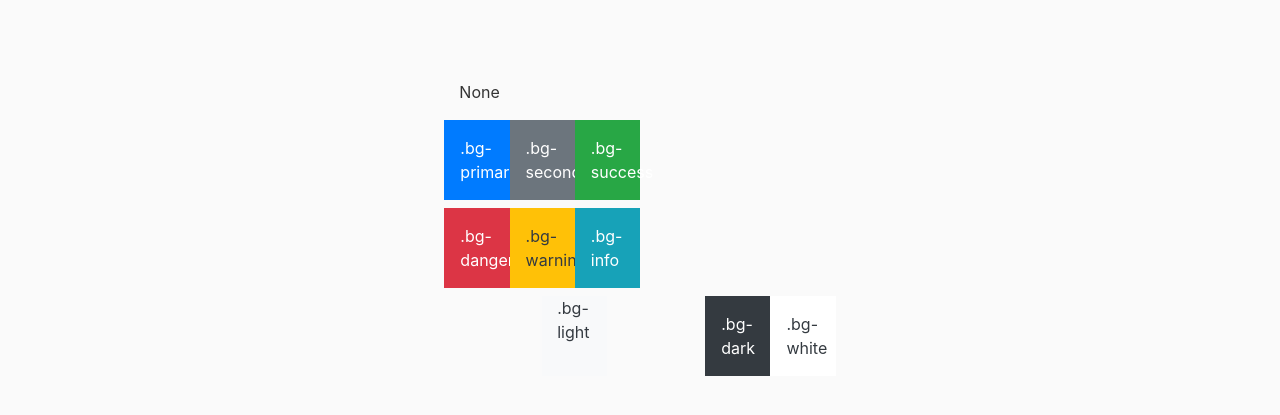
Repository: khanhdk0000/first_proj
Page: http://localhost/about
The author's editor kept a copy of each file at every save. The page is drawn from the files as they stood at one save, then again after the next save.
The browser window is 1280 px wide. The pictures show the whole page.
Some web libraries are served in a nearby version. The page is served by the project's application, run on Flask 3 (flaskblog.py).

Above is the page before, as saved 2021-05-25 11:46:18.

### templates/about.html
{% extends "layout.html" %} {% block content %}
<div class="flex-center">
<div>
<p>{{ var}}</p>
<div class="row">
    <div class="col-2 p-3 mb-2 bg-primary text-white">.bg-primary</div>
    <div class="col-2 p-3 mb-2 bg-secondary text-white">.bg-secondary</div>
    <div class="col-2 p-3 mb-2 bg-success text-white">.bg-success</div>
</div>

<div class="row">
    <div class="col-2 p-3 mb-2 bg-danger text-white">.bg-danger</div>
    <div class="col-2 p-3 mb-2 bg-warning text-dark">.bg-warning</div>
    <div class="col-2 p-3 mb-2 bg-info text-white">.bg-info</div>
</div>

<div class="row">
    <div class="col-2 mx-auto mb-2 bg-light text-dark">.bg-light</div>
    <div class="col-2 p-3 mb-2 bg-dark text-white">.bg-dark</div>
    <div class="col-2 p-3 mb-2 bg-white text-dark">.bg-white</div>
</div>
</div>
</div>

{% endblock content %}

### templates/layout.html
<!DOCTYPE html>
<html>
  <head>
    <!-- Required meta tags -->
    <meta charset="utf-8" />
    <meta
      name="viewport"
      content="width=device-width, initial-scale=1, shrink-to-fit=no"
    />

    <!-- Bootstrap CSS -->
    <link
      rel="stylesheet"
      href="https://maxcdn.bootstrapcdn.com/bootstrap/4.0.0/css/bootstrap.min.css"
      integrity="sha384-Gn5384xqQ1aoWXA+058RXPxPg6fy4IWvTNh0E263XmFcJlSAwiGgFAW/dAiS6JXm"
      crossorigin="anonymous"
    />

    <link
      rel="stylesheet"
      type="text/css"
      href="{{ url_for('static', filename='main.css') }}"
    />

    {% if title %}
    <title>Flask Blog - {{ title }}</title>
    {% else %}
    <title>Flask Blog</title>
    {% endif %}
  </head>
  <body>
    {% block content %}{% endblock %}

    <!-- Optional JavaScript -->
    <!-- jQuery first, then Popper.js, then Bootstrap JS -->
    <script
      src="https://code.jquery.com/jquery-3.2.1.slim.min.js"
      integrity="sha384-KJ3o2DKtIkvYIK3UENzmM7KCkRr/rE9/Qpg6aAZGJwFDMVNA/GpGFF93hXpG5KkN"
      crossorigin="anonymous"
    ></script>
    <script
      src="https://cdnjs.cloudflare.com/ajax/libs/popper.js/1.12.9/umd/popper.min.js"
      integrity="sha384-ApNbgh9B+Y1QKtv3Rn7W3mgPxhU9K/ScQsAP7hUibX39j7fakFPskvXusvfa0b4Q"
      crossorigin="anonymous"
    ></script>
    <script
      src="https://maxcdn.bootstrapcdn.com/bootstrap/4.0.0/js/bootstrap.min.js"
      integrity="sha384-JZR6Spejh4U02d8jOt6vLEHfe/JQGiRRSQQxSfFWpi1MquVdAyjUar5+76PVCmYl"
      crossorigin="anonymous"
    ></script>
    <!-- MDB -->
    <script
      type="text/javascript"
      src="https://cdnjs.cloudflare.com/ajax/libs/mdb-ui-kit/3.5.0/mdb.min.js"
    ></script>
  </body>
</html>

### flaskblog.py
from flask import Flask, render_template, url_for, request
app = Flask(__name__)


posts = [
    {
        'author': 'Corey Schafer',
        'title': 'Blog Post 1',
        'content': 'First post content',
        'date_posted': 'April 20, 2018'
    },
    {
        'author': 'Jane Doe',
        'title': 'Blog Post 2',
        'content': 'Second post content',
        'date_posted': 'April 21, 2018'
    }
]

@app.route('/')
@app.route('/home')
def hello_world():
    return render_template('home.html', posts=posts, title='Hey')

@app.route('/about')
def about():
    my_var = request.args.get('my_var', None)
    return render_template('about.html', posts=posts, var=my_var)

if __name__ == '__main__':
    app.run(debug=True)

### static/main.css
body {
    background: #fafafa;
    color: #333333;
    margin-top: 5rem;
    height: 100%;
  }

  h1, h2, h3, h4, h5, h6 {
    color: #444444;
  }

  .bg-steel {
    background-color: #5f788a;
  }

  .site-header .navbar-nav .nav-link {
    color: #cbd5db;
  }

  .site-header .navbar-nav .nav-link:hover {
    color: #ffffff;
  }

  .site-header .navbar-nav .nav-link.active {
    font-weight: 500;
  }

  .content-section {
    background: #ffffff;
    padding: 10px 20px;
    border: 1px solid #dddddd;
    border-radius: 3px;
    margin-bottom: 20px;
  }

  .article-title {
    color: #444444;
  }

  a.article-title:hover {
    color: #428bca;
    text-decoration: none;
  }

  .article-content {
    white-space: pre-line;
  }

  .article-img {
    height: 65px;
    width: 65px;
    margin-right: 16px;
  }

  .article-metadata {
    padding-bottom: 1px;
    margin-bottom: 4px;
    border-bottom: 1px solid #e3e3e3
  }

  .article-metadata a:hover {
    color: #333;
    text-decoration: none;
  }

  .article-svg {
    width: 25px;
    height: 25px;
    vertical-align: middle;
  }

  .account-img {
    height: 125px;
    width: 125px;
    margin-right: 20px;
    margin-bottom: 16px;
  }

  .account-heading {
    font-size: 2.5rem;
  }

  .vertical-center {
    min-height: 100%;  /* Fallback for browsers do NOT support vh unit */
    min-height: 100vh; /* These two lines are counted as one :-)       */

    justify-content:center;
    display: flex;
    align-items: center;
  }

  .flex-center {
    display: flex;
    justify-content: center;
    min-height: 100%;
    min-width: 100%;
  }

After the next save:
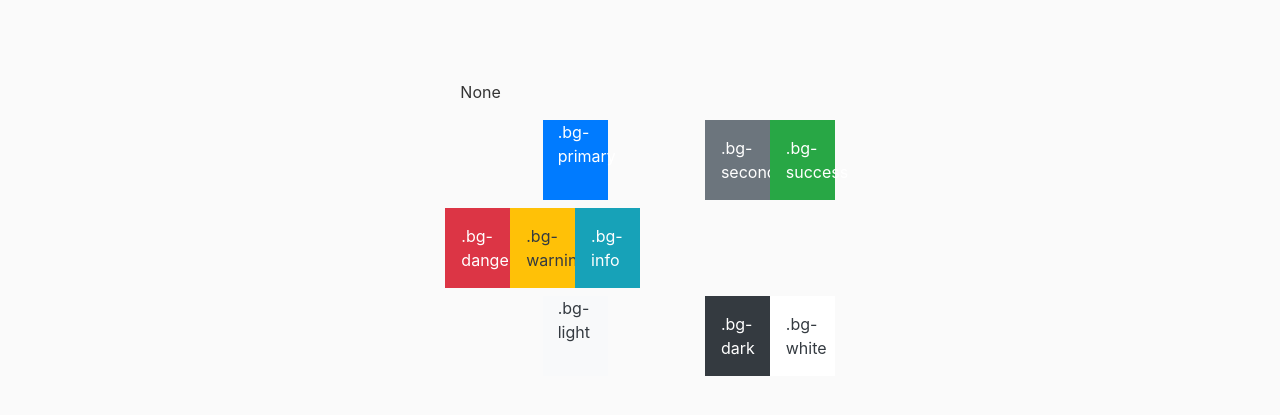
Saved 13 s later.
--- a/templates/about.html
+++ b/templates/about.html
@@ -3,7 +3,7 @@
 <div>
 <p>{{ var}}</p>
 <div class="row">
-    <div class="col-2 p-3 mb-2 bg-primary text-white">.bg-primary</div>
+    <div class="col-2 mx-auto mb-2 bg-primary text-white">.bg-primary</div>
     <div class="col-2 p-3 mb-2 bg-secondary text-white">.bg-secondary</div>
     <div class="col-2 p-3 mb-2 bg-success text-white">.bg-success</div>
 </div>

After the save that followed:
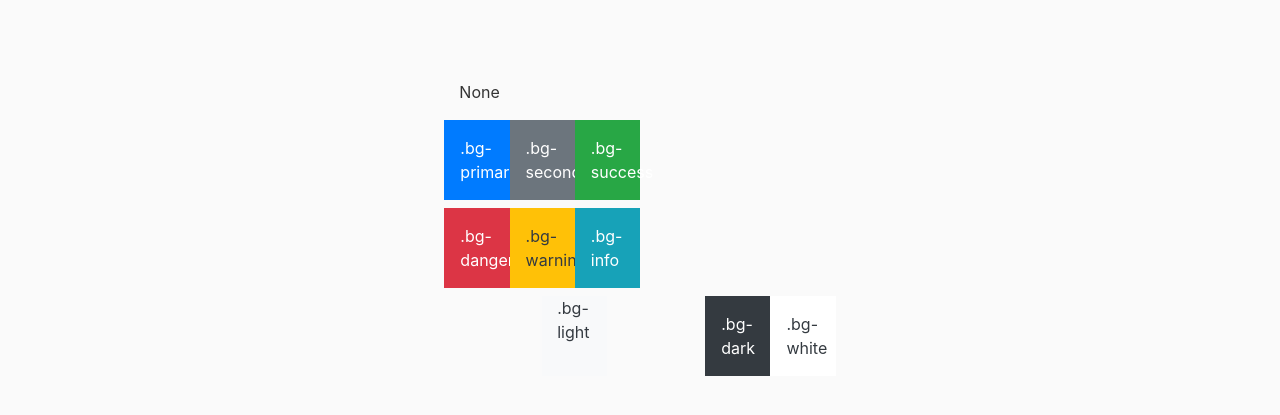
Saved 15 s later.
--- a/templates/about.html
+++ b/templates/about.html
@@ -3,7 +3,7 @@
 <div>
 <p>{{ var}}</p>
 <div class="row">
-    <div class="col-2 mx-auto mb-2 bg-primary text-white">.bg-primary</div>
+    <div class="col-2 p-3 mb-2 bg-primary text-white">.bg-primary</div>
     <div class="col-2 p-3 mb-2 bg-secondary text-white">.bg-secondary</div>
     <div class="col-2 p-3 mb-2 bg-success text-white">.bg-success</div>
 </div>
